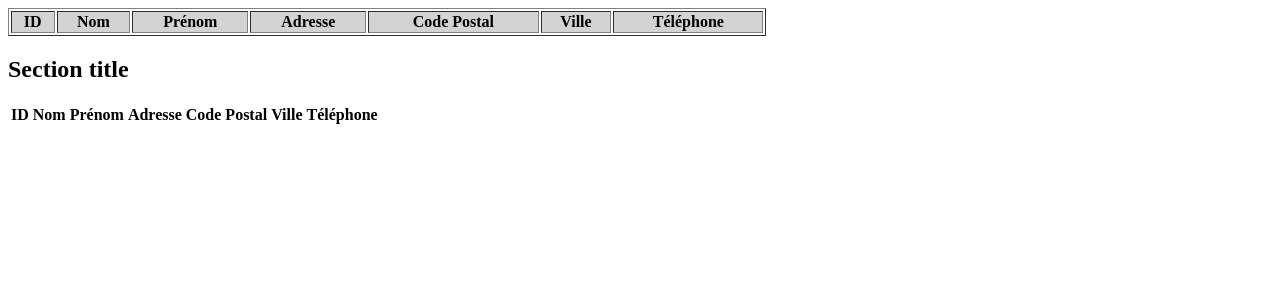
Repository: liiiseee/Projet
Page: http://localhost/02_projet_gestion_clients_compte/liste-clients.jsp
An editor plug-in stored every save of this project. The page is shown before and after the next save, followed by the edit.
The browser window is 1280 px wide. The pictures show the whole page.
The page is served by Tomcat 9. Other server files are loaded and not shown. The template is opened directly, without the code that normally fills it, so the values that code supplies are empty.

Above is the page before, as saved 2020-03-28 18:09:10.

### 02_projet_gestion_clients_compte/WebContent/liste-clients.jsp
<%@ page language="java" contentType="text/html; charset=ISO-8859-1"
    pageEncoding="ISO-8859-1"%>

<%@ taglib uri="http://java.sun.com/jsp/jstl/core" prefix="c"%>
<!DOCTYPE html>
<html>
<head>
<meta charset="ISO-8859-1">
<title>Insert title here</title>
</head>
<body>


<table border="1" width="60%">

	 	<!-- en-tête de la table  -->
	 	<thead style="background-color: lightgray;">
	 		<tr>
	 			<th>ID</th>
	 			<th>Nom</th>
	 			<th>Prénom</th>
	 			<th>Adresse</th>
	 			<th>Code Postal</th>
	 			<th>Ville</th>
	 			<th>Téléphone</th>
	 		</tr>
	 	</thead>

	 	<!-- body de la table (données des clients) -->
	 	<tbody>
	 		<c:forEach items="${liste_clients}" var="client">
	 			<tr>
	 				<td> <c:out value="${client.idClient}"/> </td>
	 				<td> ${client.nom } </td>
	 				<td> ${client.prenom } </td>
	 				<td> ${client.adresse } </td>
	 				<td> ${client.codePostal } </td>
	 				<td> ${client.ville } </td>
	 				<td> ${client.telephone } </td>

	 				</tr>

            </c:forEach>


          </tbody>
   </table>

   <h2>Section title</h2>
      <div class="table-responsive">
        <table class="table table-striped table-sm">
          <thead>
            <tr>
              <th>ID</th>
	 			<th>Nom</th>
	 			<th>Prénom</th>
	 			<th>Adresse</th>
	 			<th>Code Postal</th>
	 			<th>Ville</th>
	 			<th>Téléphone</th>
            </tr>
          </thead>
          <tbody>
            <c:forEach items="${liste_clients}" var="client">
	 			<tr>
	 				<td> <c:out value="${client.idClient}"/> </td>
	 				<td> ${client.nom } </td>
	 				<td> ${client.prenom } </td>
	 				<td> ${client.adresse } </td>
	 				<td> ${client.codePostal } </td>
	 				<td> ${client.ville } </td>
	 				<td> ${client.telephone } </td>

	 				</tr>

            </c:forEach>

          </tbody>
        </table>
      </div>


</body>
</html>

### 02_projet_gestion_clients_compte/WebContent/assets/styles/dashboard.css
@charset "ISO-8859-1";

body {
  font-size: .875rem;
}

.feather {
  width: 16px;
  height: 16px;
  vertical-align: text-bottom;
}

/*
 * Sidebar
 */

.sidebar {
  position: fixed;
  top: 0;
  bottom: 0;
  left: 0;
  z-index: 100; /* Behind the navbar */
  padding: 48px 0 0; /* Height of navbar */
  box-shadow: inset -1px 0 0 rgba(0, 0, 0, .1);
}

.sidebar-sticky {
  position: relative;
  top: 0;
  height: calc(100vh - 48px);
  padding-top: .5rem;
  overflow-x: hidden;
  overflow-y: auto; /* Scrollable contents if viewport is shorter than content. */
}

@supports ((position: -webkit-sticky) or (position: sticky)) {
  .sidebar-sticky {
    position: -webkit-sticky;
    position: sticky;
  }
}

.sidebar .nav-link {
  font-weight: 500;
  color: #333;
}

.sidebar .nav-link .feather {
  margin-right: 4px;
  color: #999;
}

.sidebar .nav-link.active {
  color: #007bff;
}

.sidebar .nav-link:hover .feather,
.sidebar .nav-link.active .feather {
  color: inherit;
}

.sidebar-heading {
  font-size: .75rem;
  text-transform: uppercase;
}

/*
 * Content
 */

[role="main"] {
  padding-top: 133px; /* Space for fixed navbar */
}

@media (min-width: 768px) {
  [role="main"] {
    padding-top: 48px; /* Space for fixed navbar */
  }
}

/*
 * Navbar
 */

.navbar-brand {
  padding-top: .75rem;
  padding-bottom: .75rem;
  font-size: 1rem;
  background-color: rgba(0, 0, 0, .25);
  box-shadow: inset -1px 0 0 rgba(0, 0, 0, .25);
}

.navbar .form-control {
  padding: .75rem 1rem;
  border-width: 0;
  border-radius: 0;
}

.form-control-dark {
  color: #fff;
  background-color: rgba(255, 255, 255, .1);
  border-color: rgba(255, 255, 255, .1);
}

.form-control-dark:focus {
  border-color: transparent;
  box-shadow: 0 0 0 3px rgba(255, 255, 255, .25);
}

Loaded but not shown: 02_projet_gestion_clients_compte/WebContent/assets/styles/bootstrap.min.css (library)

After the next save:
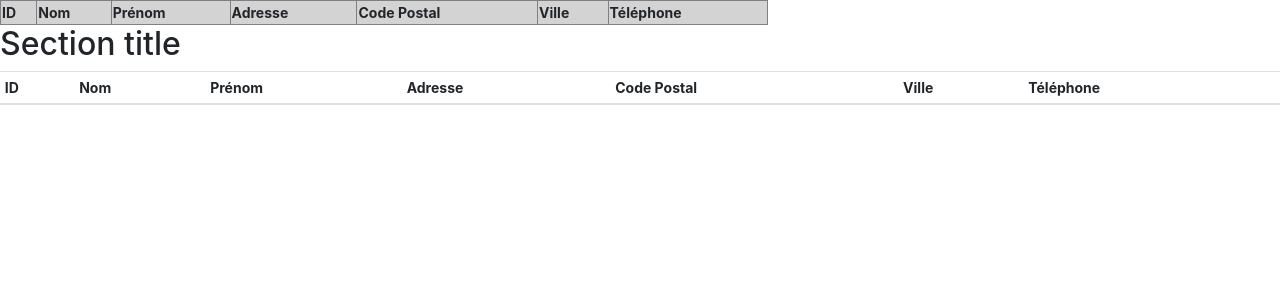
Saved 2 min 16 s later.
--- a/02_projet_gestion_clients_compte/WebContent/liste-clients.jsp
+++ b/02_projet_gestion_clients_compte/WebContent/liste-clients.jsp
@@ -6,7 +6,27 @@
 <html>
 <head>
 <meta charset="ISO-8859-1">
-<title>Insert title here</title>
+<title>liste clients</title>
+<link href="assets/styles/bootstrap.min.css" rel="stylesheet" >
+
+ <style>
+      .bd-placeholder-img {
+        font-size: 1.125rem;
+        text-anchor: middle;
+        -webkit-user-select: none;
+        -moz-user-select: none;
+        -ms-user-select: none;
+        user-select: none;
+      }
+
+      @media (min-width: 768px) {
+        .bd-placeholder-img-lg {
+          font-size: 3.5rem;
+        }
+      }
+    </style>
+    <!-- Custom styles for this template -->
+    <link href="assets/styles/dashboard.css" rel="stylesheet">
 </head>
 <body>
 
@@ -46,6 +66,7 @@
           </tbody>
    </table>
 
+
    <h2>Section title</h2>
       <div class="table-responsive">
         <table class="table table-striped table-sm">
